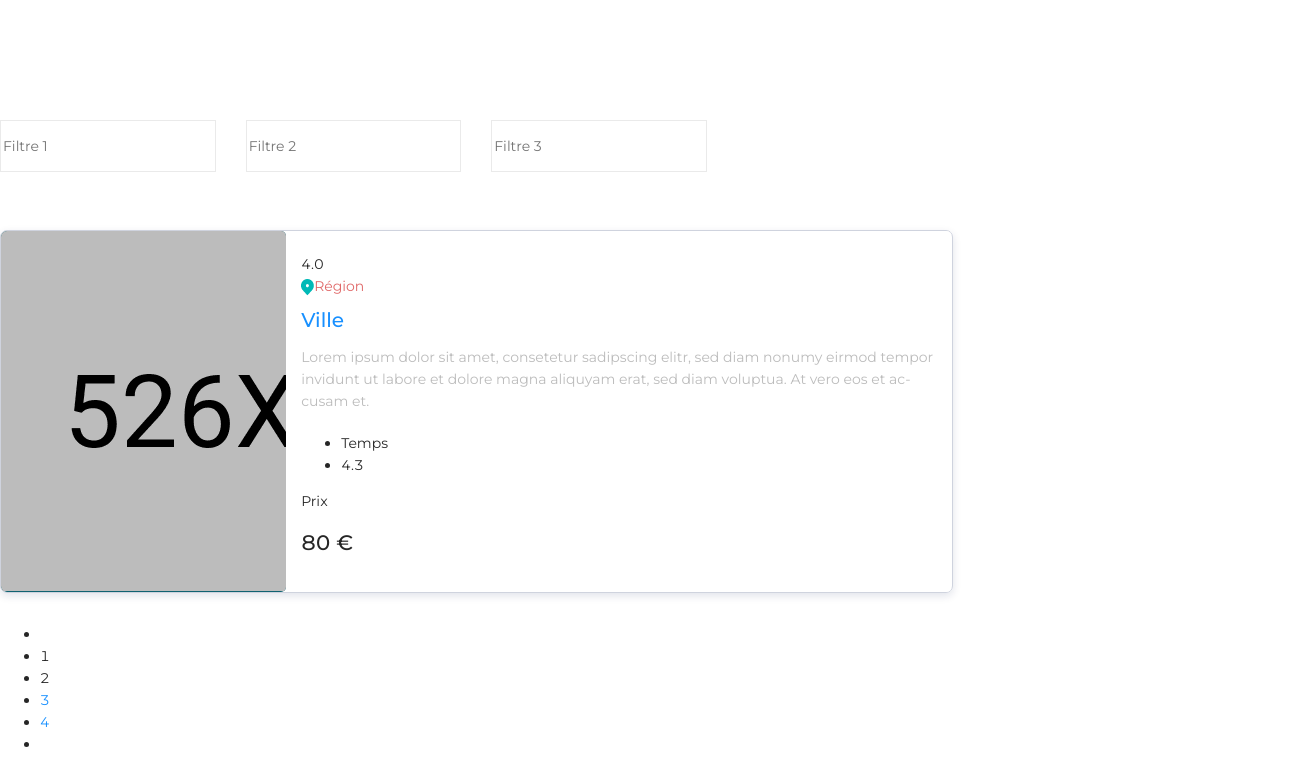
Repository: Emerson1220/projet-neofeel-lacapsule
Page: /roadPlanner (app in reactapp/)
These files come from the project's save history. The page is drawn as it stood at one moment and after the next save; the edit follows.
The browser window is 1280 px wide. The page is 1295 px wide, so the pictures cover 1295 px, including what lies to the right of the window. The pictures show the whole page.
The project was rebuilt for these pictures with package versions that can differ from the ones it lists, and the page was loaded fresh each time. Also part of the build but not shown: reactapp/src/Nav.js, reactapp/src/ScreenHome.js.

Above is the page before, as saved 2021-05-18 10:57:15.

### reactapp/src/App.js
import './App.css';
import Nav from './Nav'
import {BrowserRouter as Router, Switch, Route} from 'react-router-dom'

import ScreenHome from './ScreenHome';
import ScreenRoadPlanner from './screens/ScreenRoadPlanner';

function App() {
  return (



    // <SearchPage></SearchPage>
      <Router>
        <Switch>
          <Route component={ScreenHome} path="/" exact />
          <Route component={ScreenRoadPlanner} path="/roadPlanner"  />
          {/* <Route component={ScreenConnexion} path="/connexion"  />
          <Route component={ScreenSearch} path="/recherche"  />
          <Route component={ScreenInfo} path="/info"  />
          <Route component={ScreenPartner} path="/partenaire"  />
          <Route component={ScreenRoadPlanner} path="/roadPlanner"  />
          <Route component={ScreenTrips} path="/voyages"  />
          <Route component={ScreenProfil} path="/profil"  />
          <Route component={ScreenBasket} path="/panier"  />
          <Route component={ScreenSuggestion} path="/suggestion"  /> */}
        </Switch>
      </Router>

  );
}

export default App;

### reactapp/src/App.css
@import '~antd/dist/antd.css';
@import url('https://fonts.googleapis.com/css2?family=Montserrat:ital,wght@0,200;0,300;0,400;0,500;0,600;0,700;1,400;1,600&display=swap');

* {
  font-family: 'Montserrat', sans-serif;
}

.App {
  text-align: center;
}

.App-logo {
  height: 40vmin;
  pointer-events: none;
}

@media (prefers-reduced-motion: no-preference) {
  .App-logo {
    animation: App-logo-spin infinite 20s linear;
  }
}

.App-header {
  background-color: #282c34;
  min-height: 100vh;
  display: flex;
  flex-direction: column;
  align-items: center;
  justify-content: center;
  font-size: calc(10px + 2vmin);
  color: white;
}

.App-link {
  color: #61dafb;
}

@keyframes App-logo-spin {
  from {
    transform: rotate(0deg);
  }
  to {
    transform: rotate(360deg);
  }
}
/* CSS NAVBAR _______________________*/



.h1-montserrat {
  width: auto; /* 366px */
  height: auto; /* 58px */
  overflow: visible;
  white-space: pre;
  letter-spacing: 0px;
  line-height: 1.2;
  color: #106271;
  font-weight: 700;
  font-family: "Inter-Bold", "Inter", sans-serif;
  font-size: 48px;
}

.devenezPartenaireButton{

background-color: #e06868;
overflow: visible;
  white-space: pre;
  letter-spacing: 0px;
line-height: 1.2;
  color: #ffffff;
  font-weight: 700;
  font-family: "Inter-Bold", "Inter", sans-serif;
width: 150px;
height: 50px;
left: 971px;
top: 40px;
border-radius: 5px;
}

.listNav{
  color: #106271;
  margin: 0px 0px;
}

### reactapp/src/screens/ScreenRoadPlanner.js
import React from 'react';
import '../App.css';
import { Button } from 'antd';
import { Link } from 'react-router-dom';
import Nav from '../Nav'

function ScreenRoadPlanner() {

    return (	<div style={{ paddingTop:'120px' }}>

                <div style={ styles.container }>

                    <div style={ styles.row }>

                        <div style={ styles.col_xl_9 }>
                            <div style={{ marginBottom:'40px' }}> {/* Filters */}

                                <div style={ styles.row }>
                                    <div style={ styles.col_xl_3 }>
                                        <label style={ styles.single_input_wrap }>
                                            <i style={ styles.icons_la }/>
                                            <input style={ styles.single_input_wrap_input } type="text" placeholder="Filtre 1" />
                                        </label>
                                    </div>

                                    <div style={ styles.col_xl_3 }>
                                        <label style={ styles.single_input_wrap }>
                                            <i style={ styles.icons_la }/>
                                            <input style={ styles.single_input_wrap_input } type="text" placeholder="Filtre 2" />
                                        </label>
                                    </div>

                                    <div style={ styles.col_xl_3 }>
                                        <label style={ styles.single_input_wrap }>
                                            <i style={ styles.icons_la }/>
                                            <input style={ styles.single_input_wrap_input } type="text" placeholder="Filtre 3" />
                                        </label>
                                    </div>
                                </div>
                            </div> {/* End -> ButtonFilters */}

                            <div style={ styles.experiences_list_area }> {/* Container -> Card expérience */}
                                <div style={ styles.single_destinations}> {/* Card expérience */}
                                    <div style={ styles.image_card }>
                                        <img src="images/photo-526x360.png" alt="list" />
                                    </div>
                                    <div style={ styles.detail_card }>
                                        <div>
                                            <i style={ styles.icons_fa_1  }/>
                                            <i style={ styles.icons_fa_1 } />
                                            <i style={ styles.icons_fa_1  } />
                                            <i style={ styles.icons_fa_1  } />
                                            <i style={ styles.icons_fa_2  } />
                                            <span>4.0</span>
                                        </div>

                                        <p style={{ color: '#e06868', marginBottom: '8px'}}><img src="images/icone-geo.png" alt="map" />Région</p>
                                        <h4 style={ styles.h4 } ><Link to="/">Ville</Link></h4>
                                        <p style={ styles.card_content } >Lorem ipsum dolor sit amet, consetetur sadipscing elitr, sed diam nonumy eirmod tempor invidunt ut labore et dolore magna aliquyam erat, sed diam voluptua. At vero eos et accusam et.</p>

                                        <div style={ styles.liste_price }>
                                            <ul className="tp-list-meta d-inline-block">
                                                <li><i className="fa fa-clock-o" /> Temps</li>
                                                <li><i className="fa fa-star" /> 4.3</li>
                                            </ul>
                                            <div className="tp-price-meta d-inline-block">
                                                <p>Prix</p>
                                                <h2>80 <span>€</span></h2>
                                            </div>
                                        </div>
                                    </div>
                                </div> {/* End -> Card expérience */}
                            </div> {/* End -> Container -> Card expérience */}


                            <div className="text-md-center text-left"> {/* Pagination */}
                                <div className="tp-pagination text-md-center text-left d-inline-block mt-4">
                                    <ul>
                                        <li><a className="prev page-numbers" href="#"><i className="la la-long-arrow-left" /></a></li>
                                        <li><span className="page-numbers">1</span></li>
                                        <li><span className="page-numbers current">2</span></li>
                                        <li><a className="page-numbers" href="#">3</a></li>
                                        <li><a className="page-numbers" href="#">4</a></li>
                                        <li><a className="next page-numbers" href="#"><i className="la la-long-arrow-right" /></a></li>
                                    </ul>
                                </div>
                            </div>{/* End -> Pagination */}
                        </div>
                    </div>
                </div>
            </div>
    )
};

let styles = {
    container: {
        width: '100%',
        paddingright: '15px',
        paddingleft: '15px',
        marginright: 'auto',
        marginleft: 'auto',
    },

    row:{
        display: 'flex',
        flexWrap: 'wrap',
        marginRight: '-15px',
        marginLeft: '-15px',
    },

    col_xl_9:{
        position: 'relative',
        flex: '0 0 75%',
        maxWidth: '75%',
        width: '100%',
        minHeight: '1px',
        paddingRight: '15px',
        paddingLeft: '15px',
        },

    col_xl_3:{
        position: 'relative',
        flex: '0 0 25%',
        maxWidth: '25%',
        width: '100%',
        minHeight: '1px',
        paddingRight: '15px',
        paddingLeft: '15px',
        },

    single_input_wrap:{
        position: 'relative',
        width: '100%',
        marginBottom: '18px',
        display: 'inline-block',
    },

    single_input_wrap_input:{
        background: '#ffffff',
        border: '1px solid #EAEAEA',
        height: '52px',
        width: '100%',
    },

    icons_la:{
        display: 'inline-block',
        position: 'absolute',
        top: '17px',
        left: '20px',
        color: '#CFD3DE',
        font: 'normal normal normal 16px/1 LineAwesome',
        fontSize: 'inherit',
        textDecoration: 'inherit',
        textRendering: 'optimizeLegibility',
        textTransform: 'none',
    },

    experiences_list_area:{
        boxSizing: 'border-box',
        outline: 'none',
    },

    single_destinations:{
        display: 'flex',
        flexWrap: 'wrap',
        margin: '0 0 30px 0',
        border: '1px solid #CFD3DE',
        boxShadow: '0px 3px 9px #071c551f',
        borderRadius: '7px',
        position: 'relative',
        overflow: 'hidden',
    },

    image_card:{
        position: 'relative',
        background: '#106271',
        overflow: 'hidden',
        flex: '0 0 30%',
        backgroundSize: 'cover',
        backgroundRepeat: 'no-repeat',
        backgroundPosition: 'center center',
        minHeight: '200px',
        borderRadius: '5px',
    },

    detail_card:{
        flex: '0 0 70%',
        padding: '22px 15px',
        background: '#ffffff',
    },

    icons_fa_1:{
        display: 'inline-block',
        font: 'normal normal normal 14px/1 FontAwesome',
        fontSize: 'inherit',
        textRendering: 'auto',
        color: '#f3941e',
    },

    icons_fa_2:{
        display: 'inline-block',
        font: 'normal normal normal 14px/1 FontAwesome',
        fontSize: 'inherit',
        textRendering: 'auto',
        color: '#d4d4d4',
    },

    h4:{
        fontSize: '20px',
        color: '#e06868',
    },

    card_content:{
        marginBottom: '15px',
        color: '#bcbcbc',
        hyphens: 'auto',
    },

    liste_price:{
        marginTop: '20px',
        display: 'block',
        boxSizing: 'border-box',
        outline: 'none',
    },

    liste_price_content:{
        float: 'left',
        marginTop: '20px',
        margin: '0',
        padding: '0',
        display: 'inline-block',
    }



    }













export default ScreenRoadPlanner;

Loaded but not shown: reactapp/public/index.html (common file); reactapp/src/index.js (common file); reactapp/src/index.css (common file); reactapp/src/reportWebVitals.js (common file)

After the next save:
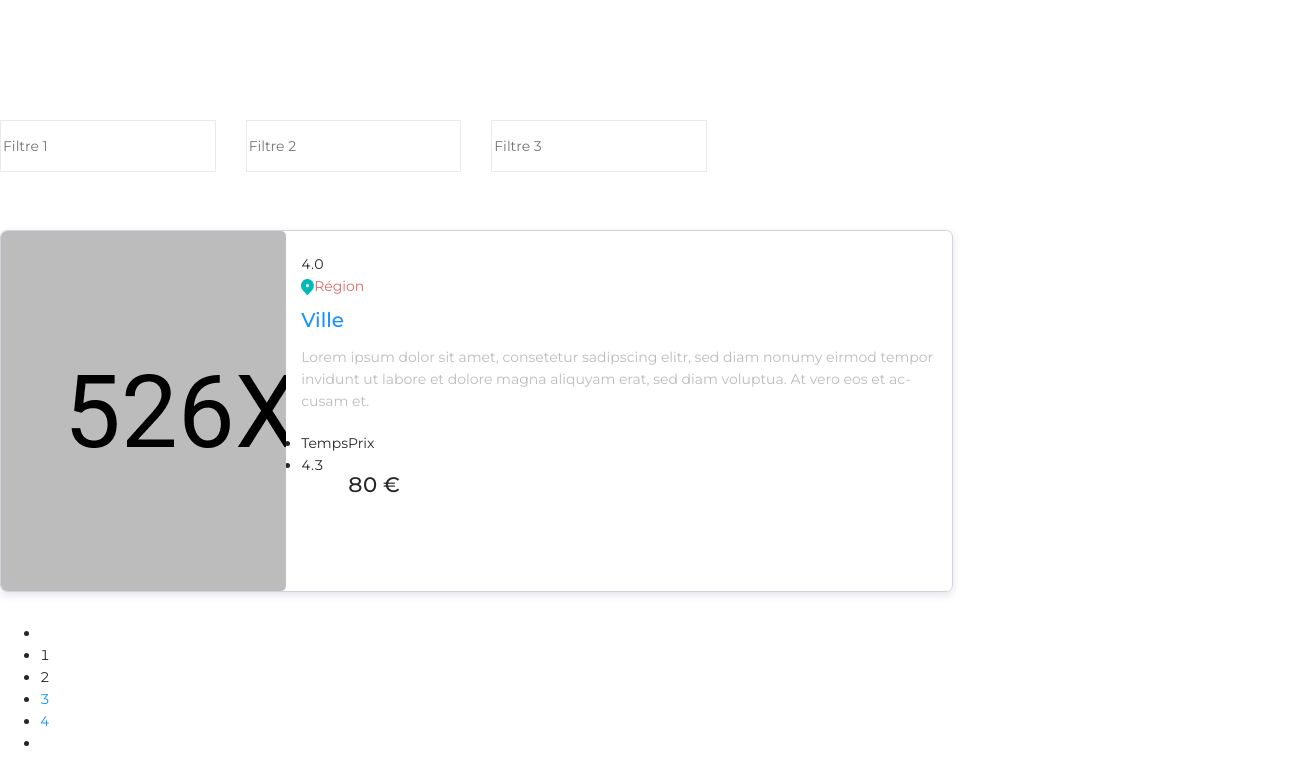
Saved 37 s later.
--- a/reactapp/src/screens/ScreenRoadPlanner.js
+++ b/reactapp/src/screens/ScreenRoadPlanner.js
@@ -59,7 +59,7 @@ function ScreenRoadPlanner() {
                                         <p style={ styles.card_content } >Lorem ipsum dolor sit amet, consetetur sadipscing elitr, sed diam nonumy eirmod tempor invidunt ut labore et dolore magna aliquyam erat, sed diam voluptua. At vero eos et accusam et.</p>
 
                                         <div style={ styles.liste_price }>
-                                            <ul className="tp-list-meta d-inline-block">
+                                            <ul style={ styles.liste_price_content }>
                                                 <li><i className="fa fa-clock-o" /> Temps</li>
                                                 <li><i className="fa fa-star" /> 4.3</li>
                                             </ul>
